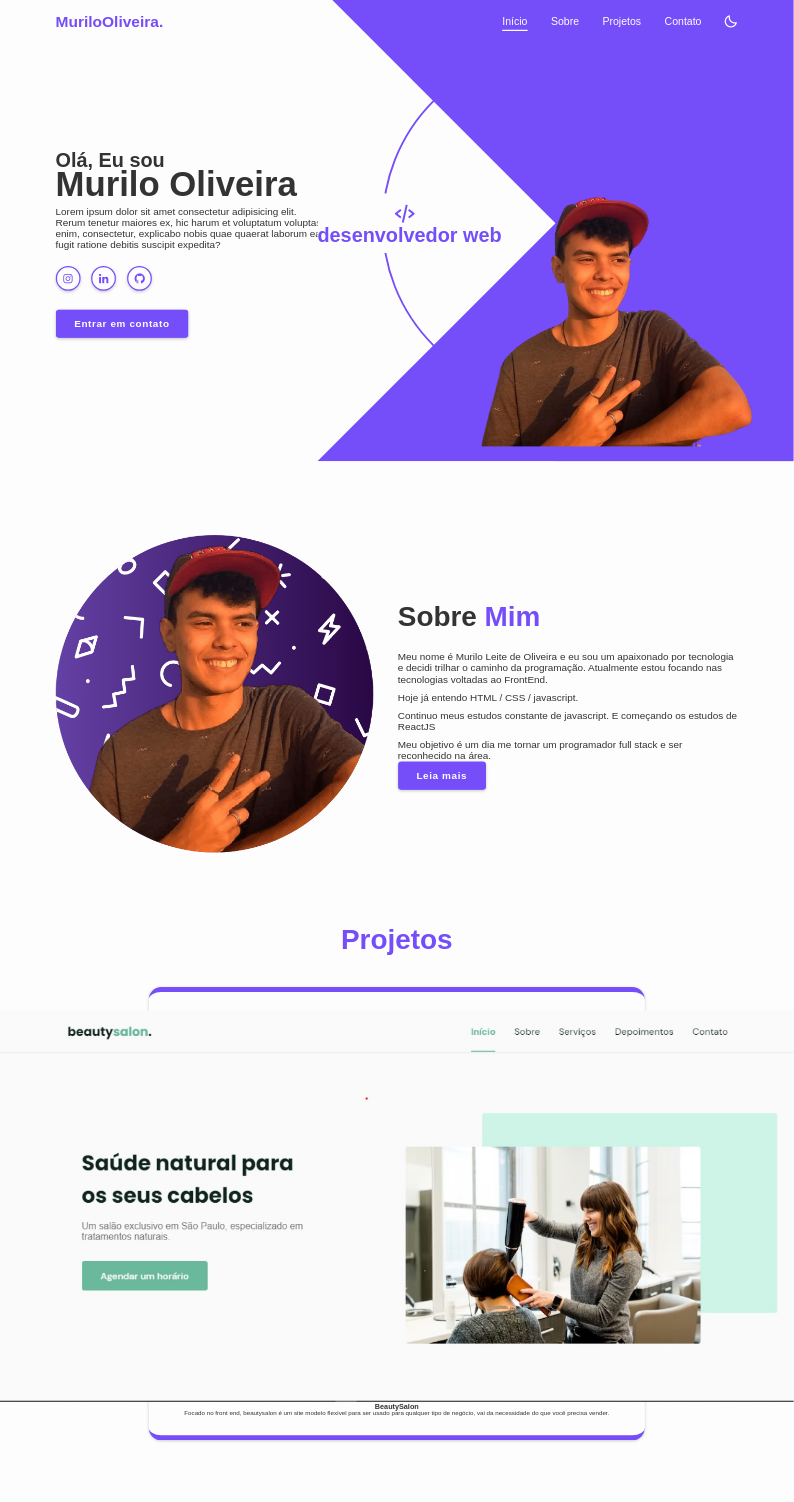
Repository: devMuriloOliveira/Portfolio-
Page: index.html
The author's editor kept a copy of each file at every save. The page is drawn from the files as they stood at one save, then again after the next save.
The browser window is 1280 px wide. The pictures show the whole page, at 62% of full size.

Above is the page before, as saved 2023-03-12 17:37:06.

### index.html
<!DOCTYPE html>
<html lang="en">
  <head>
    <meta charset="UTF-8" />
    <meta http-equiv="X-UA-Compatible" content="IE=edge" />
    <meta name="viewport" content="width=device-width, initial-scale=1.0" />
    <title>Murilo Oliveira</title>

    <!--box icons-->
    <link
      href="https://unpkg.com/boxicons@2.1.4/css/boxicons.min.css"
      rel="stylesheet"
    />

    <!--font-->
    <link
      rel="stylesheet"
      href="https://fonts.googleapis.com/css2?family=Material+Symbols+Outlined:opsz,wght,FILL,GRAD@20..48,100..700,0..1,-50..200"
    />

    <!--css-->
    <link rel="stylesheet" href="style.css" />
  </head>
  <body>
    <header class="header">
      <a class="logo" href="#">Murilo<span>Oliveira</span>.</a>

      <nav class="navbar">
        <a href="#inicio" class="active">Início</a>
        <a href="#sobre">Sobre</a>
        <a href="#projetos">Projetos</a>
        <a href="#contato">Contato</a>
      </nav>

      <div class="bx bx bx-moon" id="darkMode-icon"></div>
    </header>

    <!------------inicio------------>

    <section class="inicio" id="inicio">
      <div class="inicio-content">
        <h3>Olá, Eu sou</h3>
        <h1>Murilo Oliveira</h1>
        <p>
          Lorem ipsum dolor sit amet consectetur adipisicing elit. Rerum tenetur
          maiores ex, hic harum et voluptatum voluptas enim, consectetur,
          explicabo nobis quae quaerat laborum ea fugit ratione debitis suscipit
          expedita?
        </p>

        <div class="social-media">
          <a href="#"><i class="bx bxl-instagram"></i></a>
          <a href="#"><i class="bx bxl-linkedin"></i></a>
          <a href="#"><i class="bx bxl-github"></i></a>
        </div>

        <a href="#" class="btn">Entrar em contato</a>
      </div>

      <div class="profession-container">
        <div class="profession-box">
          <div class="profession" style="--i: 0">
            <i class="bx bx-code-alt"></i>
            <h3>desenvolvedor web</h3>
          </div>
          <div class="profession" style="--i: 1">
            <i class="bx bx-code-alt"></i>
            <h3>desenvolvedor web</h3>
          </div>
          <div class="profession" style="--i: 2">
            <i class="bx bx-code-alt"></i>
            <h3>desenvolvedor web</h3>
          </div>
          <div class="profession" style="--i: 3">
            <i class="bx bx-code-alt"></i>
            <h3>desenvolvedor web</h3>
          </div>
          <div class="circle"></div>
        </div>

        <div class="overlay"></div>
      </div>

      <div class="inicio-img">
        <img src="assets/homem_sorrindo-removebg-preview.png" alt="" />
      </div>
    </section>

    <!------------sobre------------>

    <section class="sobre" id="sobre">
      <div class="sobre-img">
        <img src="/assets/profile-pic (4).png" alt="" />
      </div>

      <div class="sobre-content">
        <h2 class="heading">Sobre <span>Mim</span></h2>

        <p>
          Meu nome é Murilo Leite de Oliveira e eu sou um apaixonado por
          tecnologia e decidi trilhar o caminho da programação. Atualmente estou
          focando nas tecnologias voltadas ao FrontEnd.
        </p>
        <br />
        <p>Hoje já entendo HTML / CSS / javascript.</p>
        <br />
        <p>
          Continuo meus estudos constante de javascript. E começando os estudos
          de ReactJS
        </p>
        <br />
        <p>
          Meu objetivo é um dia me tornar um programador full stack e ser
          reconhecido na área.
        </p>

        <a href="#" class="btn">Leia mais</a>
      </div>
    </section>

    <!------------projetos------------>

    <section class="projetos" id="projetos">
      <h2 class="heading"><span>Projetos</span></h2>

      <div class="projetos-wrapper">
        <div class="projetos-box">
          <div class="projetos-content">
            <div class="projetos-slide">
              <img src="/assets/salon.jpg" alt="" />
              <h3>BeautySalon</h3>
              <p>
                Focado no front end, beautysalon é um site modelo flexível para
                ser usado para qualquer tipo de negócio, vai da necessidade do
                que você precisa vender.
              </p>
            </div>
          </div>
        </div>
      </div>
    </section>

    <script src="/main.js"></script>
  </body>
</html>

### style.css
*{
  margin: 0;
  padding: 0;
  box-sizing: border-box;
  text-decoration: none;
  border: none;
  outline: none;
  scroll-behavior: smooth;
  font-family: 'Poppins', sans-serif;
}

:root{
  --bg-color: #fdfdfd;
  --text-color: #333;
  --main-color: #754ef9;
  --white-color: #fdfdfd;
  --shadow-color: rgba(0, 0, 0, .2);
}

html{
  font-size: 62.5%;
  overflow-x: hidden;
}

body{
  background: var(--bg-color);
  color: var(--text-color);
}

.header{
  position: fixed;
  top: 0;
  left: 0;
  width: 100%;
  padding: 2rem 7%;
  background: transparent;
  display: flex;
  align-items: center;
  z-index: 100;
  transition: .5s;
}

.sticky{
  background: var(--bg-color);
  box-shadow: 0 .1rem 1rem var(--shadow-color);
}

.logo{
  font-size: 2.5rem;
  color: var(--main-color);
  font-weight: 600;
  cursor: default;
  margin-right: auto;
}

.navbar a{
  position: relative;
  font-size: 1.7rem;
  color: var(--white-color);
  font-weight: 500;
  margin-right: 3.5rem;
}

 .sticky .navbar a{
  color: var(--text-color);
}

 .sticky .navbar a.active{
  color: var(--main-color);
}


.navbar a.active::before{
  content: '';
  position: absolute;
  left: 0;
  bottom: -6px;
  width: 100%;
  height: .2rem;
  background: var(--white-color);
}

  .sticky .navbar a::before{
  background: var(--main-color);
  opacity: .7;
}


#darkMode-icon{
  font-size: 2.4rem;
  color: var(--white-color);
  cursor: pointer;
}

.sticky #darkMode-icon{
  color: var(--text-color);
  opacity: .9;
}

section{
  min-height: 100vh;
  padding: 10rem 7% 2rem;
}

.inicio{
  display: flex;
  align-items: center;
}

.inicio .inicio-content{
  max-width: 44rem;
}

.inicio-content h3{
  font-size: 3.2rem;
  font-weight: 700;
  line-height: .3;
}

.inicio-content h1{
  font-size: 5.6rem;
  font-weight: 700;
  margin-bottom: .3rem;
}

.inicio-content p{
  font-size: 1.6rem;
}

.inicio-content .social-media a{
  display: inline-flex;
  justify-content: center;
  align-items: center;
  width: 4rem;
  height: 4rem;
  background: transparent;
  border: .2rem solid var(--main-color);
  border-radius: 50%;
  box-shadow: 0 .2rem .5rem var(--shadow-color);
  font-size: 2rem;
  color: var(--main-color);
  margin: 2.5rem 1.5rem 3rem 0;
  transition: .5s ease;
}

.inicio-content .social-media a:hover{
  background: var(--main-color);
  color: var(--white-color);
}

.btn{
  display: inline-block;
  padding: 1.2rem 2.8rem;
  background: var(--main-color);
  border-radius: .6rem;
  box-shadow: 0 .2rem .5rem var(--shadow-color);
  font-size: 1.6rem;
  color: var(--white-color);
  letter-spacing: .1rem;
  font-weight: 600;
  border: .2rem solid transparent;
  transition: .5s ease;
}

.btn:hover{
  background: transparent;
  color: var(--main-color);
  border-color: var(--main-color);
}

.inicio .profession-container{
  position: absolute;
  top: 50%;
  right: 0;
  transform: translateY(-50%);
  width: 768px;
  height: 768px;

  overflow: hidden;
  pointer-events: none;
}

.inicio .profession-container .profession-box{
  position: absolute;
  top: 0;
  right: 0;
  width: 768px;
  height: 768px;
  border-radius: 50%;
  display: flex;
  justify-content: center;
  align-items: center;
}

.inicio .profession-box .profession{
  position: absolute;
  left: 0;
  display: flex;
  align-items: center;
  flex-direction: column;
  color: var(--main-color);
  transform: rotate(calc(360deg / 4 * var(--i)));
  transform-origin: 384px;
  background: var(--bg-color);
  padding: 13px 0;
}

.inicio .profession-box .profession:nth-child(1) i {
  margin-right: 15px;
}

.inicio .profession-box .profession:nth-child(2),
.inicio .profession-box .profession:nth-child(4) {
  padding-bottom: 20px;
}

.inicio .profession i{
  font-size: 3.8rem;
}

.inicio .profession h3{
  font-size: 3.2rem;
  line-height: 1;
  font-weight: 600;
}

.inicio .profession-box .circle{
  width: 560px;
  height: 560px;

  border: 3px solid var(--main-color);
  border-radius: 50%;
}

.inicio .profession-container .overlay{
  position: absolute;
  top: 0;
  right: 0;
  width: 0;
  height: 0;
  border-top: 384px solid var(--main-color);
  border-right: 384px solid var(--main-color);
  border-bottom: 384px solid var(--main-color);
  border-left: 384px solid transparent;

}

.inicio-img img{
  position: absolute;
  bottom: 0;
  right: 0;
  width: 50%;
  pointer-events: none;
}

span{
  color: var(--main-color);
}

.sobre{
  display: flex;
  justify-content: center;
  align-items: center;
  gap: 4rem;
}

.sobre-img img{
  width: 40vw;
}

.heading{
  font-size: 4.5rem;
  text-align: center;
}

.sobre-content h2{
  text-align: left;
  line-height: 1.2;
  margin-bottom: 3rem;
}

.sobre-content p{
  font-size: 1.6rem;

}

/*--------------------projetos-------------------*/

.projetos{
  display: flex;
  align-items: center;
  flex-direction: column;
  width: 100%;
  padding: 5rem 1rem;
}

.projetos .projetos-wrapper{
  position: relative;
  max-width: 90rem;
  width: 100%;
  padding: 5rem;
}

.projetos-content .projetos-slide{
  display: flex;
  align-items: center;
  flex-direction: column;
  background: var(--bg-color);
  border-radius: 2rem;
  box-shadow: 0 .1rem .5rem var(--shadow-color);
  padding: 3rem 5rem;
  border-top: .8rem solid var(--main-color);
  border-bottom: .8rem solid var(--main-color);
}

### main.js
window.addEventListener('scroll', function () {
  const header = document.querySelector('.header')
  header.classList.toggle('sticky', window.scrollY > 100)
})

/*window.onscroll = () => {
  let header = document.querySelector('.header')

  header.classList.toggle('sticky', window.scrollY > 100)
}*/

After the next save:
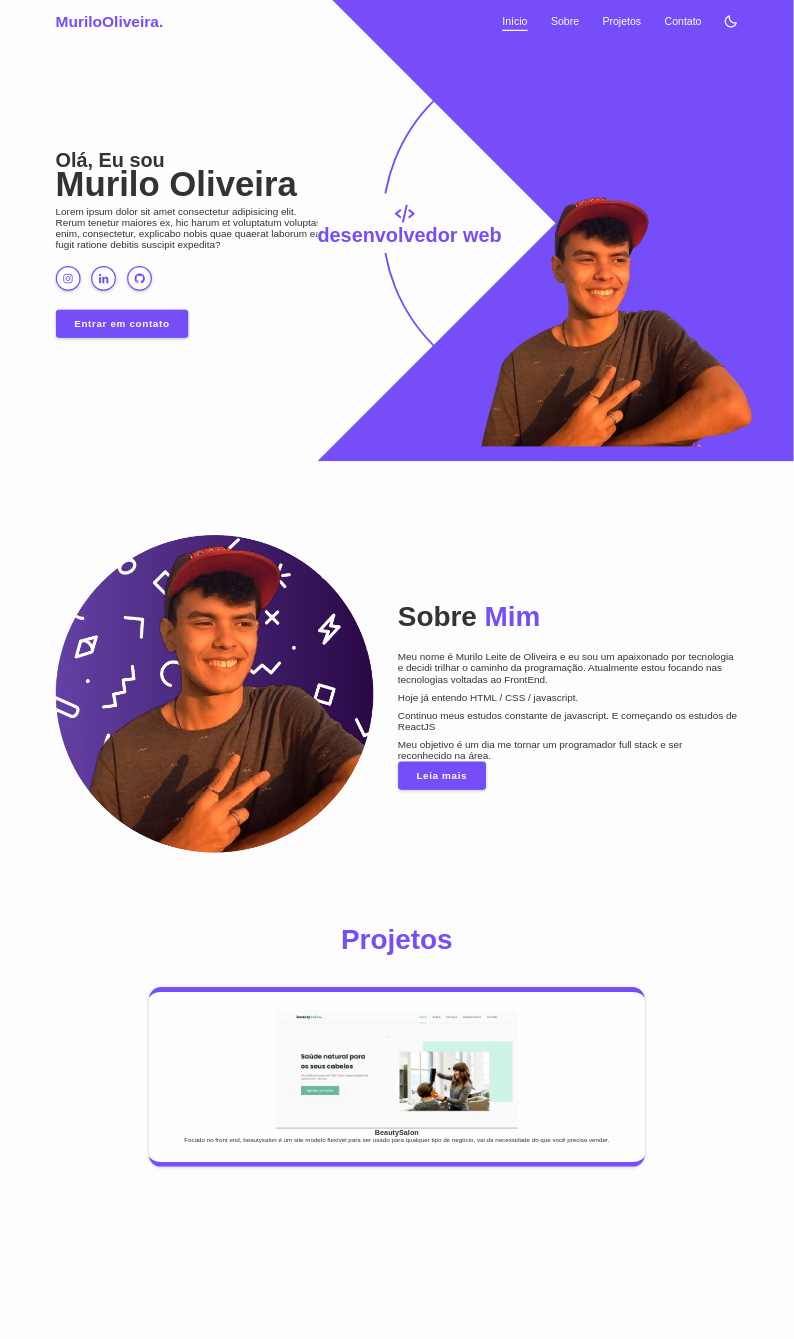
Saved 71 s later.
--- a/style.css
+++ b/style.css
@@ -312,3 +312,8 @@ span{
   border-top: .8rem solid var(--main-color);
   border-bottom: .8rem solid var(--main-color);
 }
+
+.projetos-slide img{
+  height: 189.94px;
+    width: 390.25px;
+}
